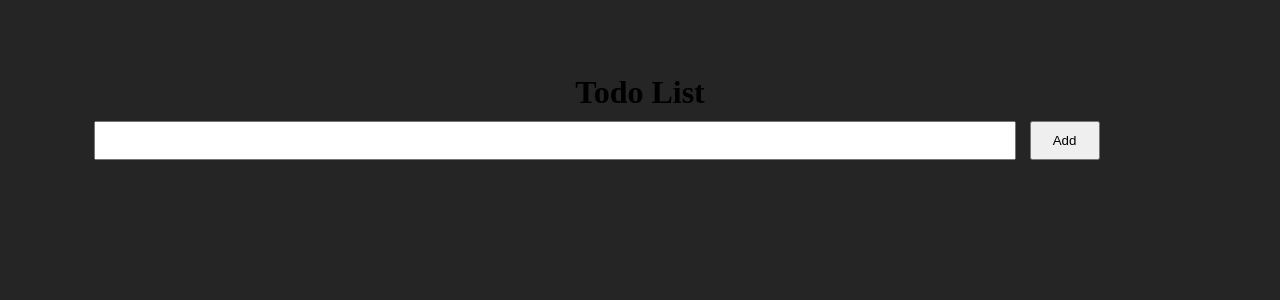
Repository: TENSAEA/----todo
Page: index.html
These files come from the project's save history. The page is drawn as it stood at one moment and after the next save; the edit follows.
The browser window is 1280 px wide. The pictures show the whole page.
Some web fonts or font styles are not loaded; a fallback is used.

Above is the page before, as saved 2023-10-12 22:00:45.

### index.html
<!DOCTYPE html>
<html lang="en">
  <head>
    <meta charset="UTF-8" />
    <meta name="viewport" content="width=device-width, initial-scale=1.0" />
    <title>TodoList</title>
    <link rel="stylesheet" href="style.css" />
  </head>
  <body>
    <div id="particle">
      <div class="container">
        <h1>Todo List</h1>
        <div class="header">
          <form class="form">
            <input type="text" id="add" />
            <label for="add"><button id="addBtn">Add</button></label>
          </form>
        </div>
        <div class="list-div">
          <!-- <div class="list-hide">
          <ul class="list">
            <li>
              <input class="list-text" type="text" id="edit" readonly />
              <label for="edit">
                <button class="edit">Edit</button
                ><button class="delete">Delete</button>
              </label>
            </li>
          </ul>
        </div> -->
        </div>
      </div>
    </div>
    <script src="particles.js"></script>
    <script src="https://cdn.jsdelivr.net/npm/particles.js@2.0.0/particles.min.js"></script>
    <script src="script.js"></script>
  </body>
</html>

### style.css
@import url('https://fonts.googleapis.com/css2?family=Bungee+Spice&family=Playfair+Display:wght@800&display=swap');

*{
   box-sizing:border-box;
   margin:0;
   padding:0;
}
body{
    background-color: #252525;
}

#particle{
    width: 100%;
    height: 100%;
    background-size: cover;
}

.container{
    display: flex;
    flex-direction: column;
    padding: 5%;
}

.container h1{
    padding:10px;
    text-align:center;
}

.header{
    padding-bottom: 20px;
}

#add{
    padding: 10px;
    width:80%;
    margin-left:30px;
}
.form label button{
    padding:10px;
    width:70px;
    margin-left:10px;
    cursor: pointer;
}

.list{
    padding-bottom: 20px;
}

.list li{
    list-style-type: none;
}

.list-div .list li .list-text{
    padding: 10px;
    width:60%;
    margin-left:60px;
}
.edit,.delete{
    padding:10px;
    width:70px;
    margin-left:10px;
    cursor: pointer;
}

@media (max-width:636px){
    .form label button{
        padding:10px;
        width:70px;
        margin:3% 40%;
        cursor: pointer;
    }
    .edit,.delete{
        padding:10px;
        width:70px;
        margin:2% 38%;
        cursor: pointer;
    }
    }

### particles.js
window.addEventListener("load", () => {
  var config = {
    particles: {
      number: {
        value: 150,
        density: {
          enable: true,
          value_area: 786,
        },
      },
      color: {
        value: ["#ffffff", "#FF6F91", "#F9F871", "#D65DB1"],
      },
      shape: {
        type: "circle",
        stroke: {
          width: 1,
          color: "#000000",
        },
        polygon: {
          nb_sides: 12,
        },
        image: {
          src: "",
          width: 100,
          height: 100,
        },
      },
      opacity: {
        value: 1,
        random: true,
        anim: {
          enable: true,
          speed: 1,
          opacity_min: 0,
          sync: false,
        },
      },
      size: {
        value: 10,
        random: true,
        anim: {
          enable: true,
          speed: 3,
          size_min: 0.3,
          sync: false,
        },
      },
      line_linked: {
        enable: true,
        distance: 100,
        color: "#ff2",
        opacity: 1,
        width: 10,
      },
      move: {
        enable: true,
        speed: 1.3,
        direction: "top",
        random: true,
        straight: true,
        out_mode: "out",
        bounce: false,
        attract: {
          enable: true,
          rotateX: 2082.2488,
          rotateY: 3363.6328,
        },
      },
    },
    interactivity: {
      detect_on: "canvas",
      events: {
        onhover: {
          enable: true,
          mode: "grab",
        },
        onclick: {
          enable: true,
          mode: "repulse",
        },
        resize: true,
      },
      modes: {
        grab: {
          distance: 70,
          line_linked: {
            opacity: 0.5,
          },
        },
        bubble: {
          distance: 100,
          size: 5,
          duration: 8.598243,
          opacity: 0,
          speed: 3,
        },
        repulse: {
          distance: 150,
          duration: 0.8,
        },
        push: {
          particles_nb: 4,
        },
        remove: {
          particles_nb: 2,
        },
      },
    },
    retina_detect: true,
  };

  window.onload = function () {
    let clause = window.innerWidth < 768;
    config.particles.number.value = clause ? 80 : 150;
    particlesJS("particle", config);
  };
});

### script.js
window.addEventListener("load", () => {
  let addInput = document.getElementById("add");
  let addBtn = document.getElementById("addBtn");

  addBtn.addEventListener("click", (e) => {
    e.preventDefault();
    console.log("clicked");
    let list = document.querySelector(".list-div");
    let ul = document.createElement("ul");
    ul.classList.add("list");
    let li = document.createElement("li");
    ul.appendChild(li);
    let input = document.createElement("input");
    input.classList.add("list-text");
    input.type = "text";
    input.id = "edit";
    input.setAttribute("readonly", "readonly");
    input.value = addInput.value;
    li.appendChild(input);

    let label = document.createElement("label");
    label.setAttribute("for", "edit");
    li.appendChild(label);
    let buttonOne = document.createElement("button");
    buttonOne.classList.add("edit");
    buttonOne.textContent = "Edit";
    label.appendChild(buttonOne);
    let buttonTwo = document.createElement("button");
    buttonTwo.classList.add("delete");
    buttonTwo.textContent = "Delete";
    label.appendChild(buttonTwo);

    let listHide = document.createElement("div");
    listHide.classList.add("list-hide");

    listHide.appendChild(ul);
    list.appendChild(listHide);

    buttonOne.addEventListener("click", () => {
      if (buttonOne.textContent.toLowerCase() == "edit") {
        input.removeAttribute("readonly");
        buttonOne.textContent = "Save";
        input.focus();
      } else {
        input.setAttribute("readonly", "readonly");
        buttonOne.textContent = "Edit";
      }
    });

    buttonTwo.addEventListener("click", () => {
      list.removeChild(listHide);
    });
  });
});

After the next save:
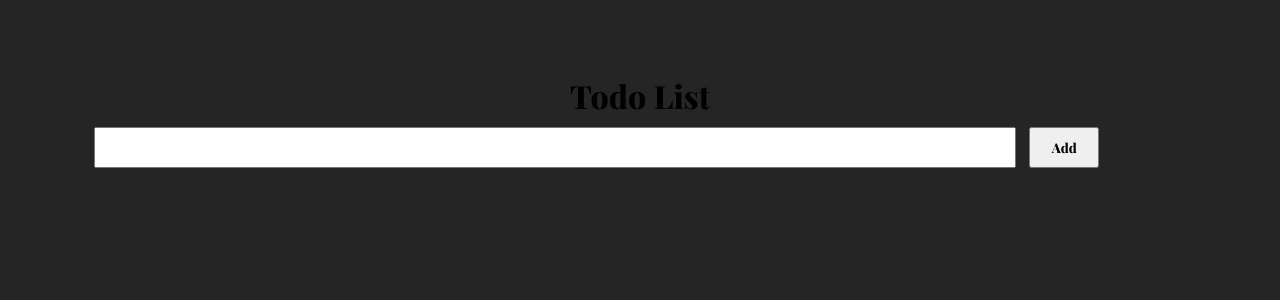
Saved 47 s later.
--- a/style.css
+++ b/style.css
@@ -4,7 +4,8 @@
    box-sizing:border-box;
    margin:0;
    padding:0;
-}
+   font-family: 'Bungee Spice', sans-serif;
+font-family: 'Playfair Display', serif;}
 body{
     background-color: #252525;
 }
